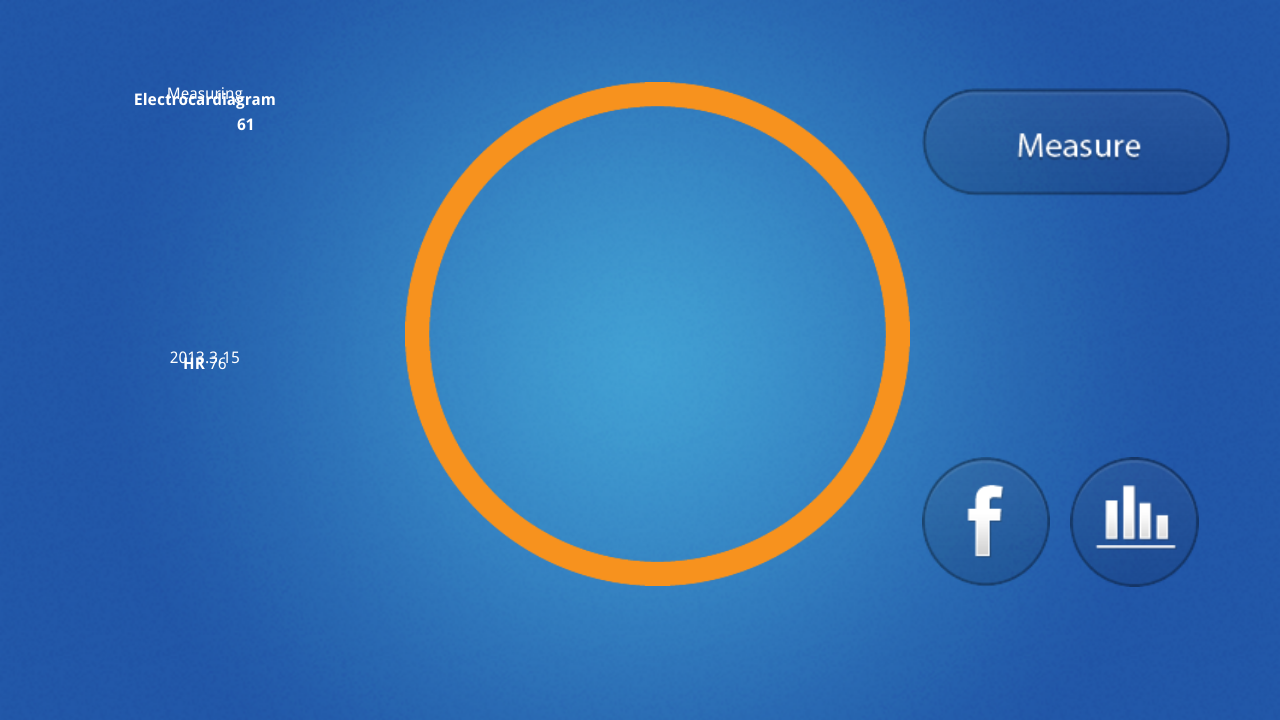
Repository: chouwill79131/IEcontest
Page: BluetoothChat/assets/complete.html
These files come from the project's save history. The page is drawn as it stood at one moment and after the next save; the edit follows.
The browser window is 1280 px wide. The pictures show the whole page.

Above is the page before, as saved 2013-03-08 18:03:20.
Console error: TypeError: Cannot set properties of null (setting 'innerHTML')

After the next save:
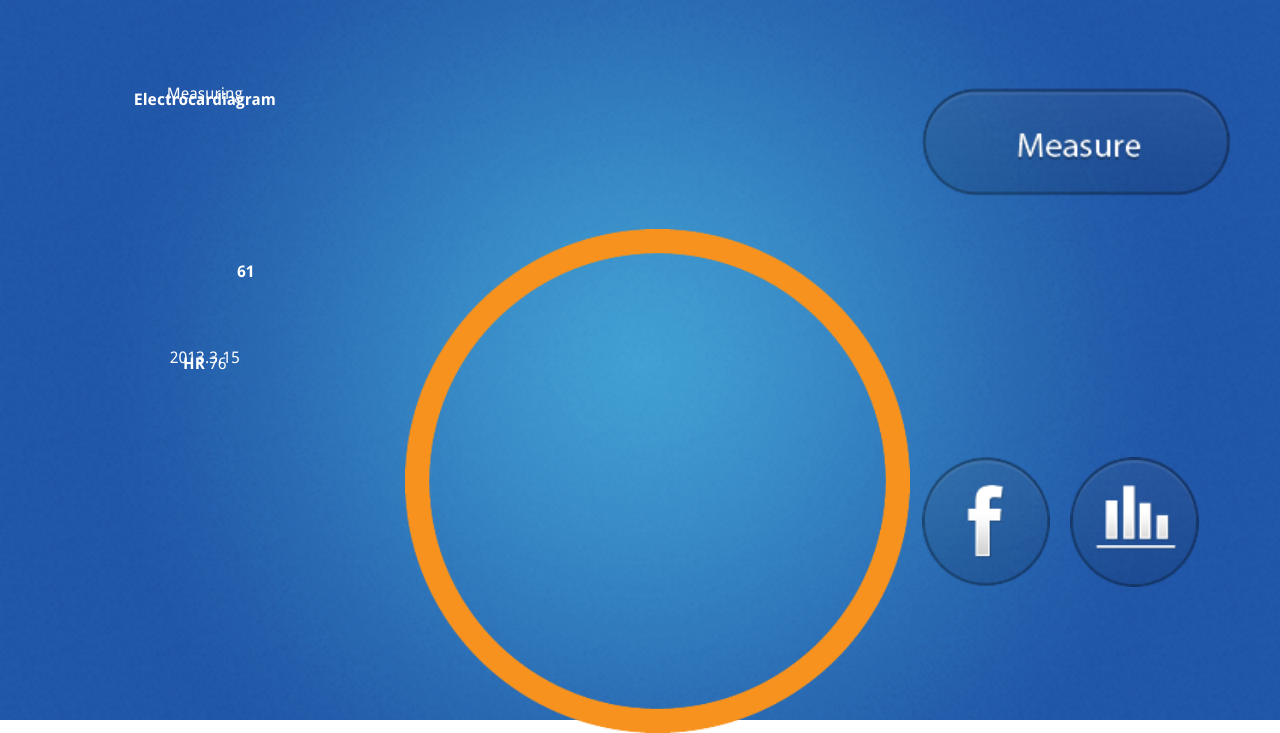
Saved 30 s later.
--- a/BluetoothChat/assets/complete.css
+++ b/BluetoothChat/assets/complete.css
@@ -23,7 +23,7 @@ body { margin:0; padding:0;}
 
 .mid { width: 41%; }
 .circle { width: auto; height:70%; margin-left: 4%; }
-.score { color:white;margin-top: 22%; z-index: 1;  margin-left:-28% ; font-family: DroidSans-Bold ;}
+.score { color:white;margin-top:50%; z-index: 1;  margin-left:-28% ; font-family: DroidSans-Bold ;}
 .circle { margin-top: -10%; z-index: 2; }
 
 .right { width: 29%; }
